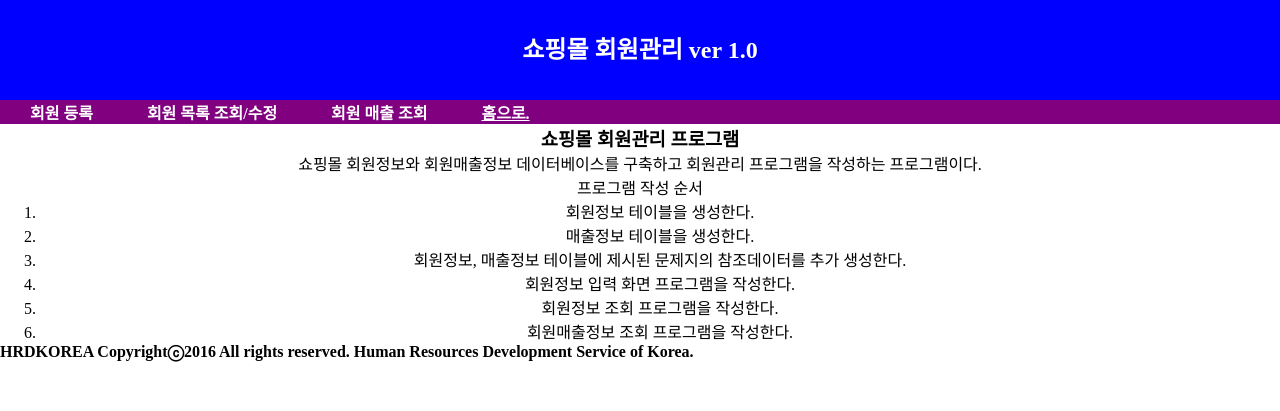
Repository: brightjy/Today-what-I-practiced
Page: http://localhost/HRD_900108/main/main.jsp
The author's editor kept a copy of each file at every save. The page is drawn from the files as they stood at one save, then again after the next save.
The browser window is 1280 px wide. The pictures show the whole page.
The page is served by Tomcat 9.

Above is the page before, as saved 2020-05-09 11:40:00.

After the next save:
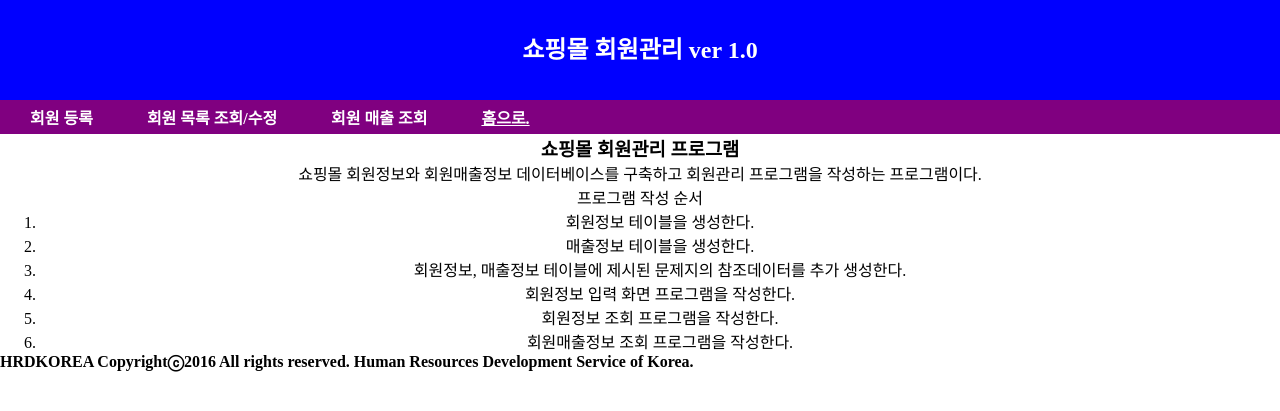
Saved 23 s later.
--- a/hrdkorea_0509/HRD_900108/WebContent/main/main.jsp
+++ b/hrdkorea_0509/HRD_900108/WebContent/main/main.jsp
@@ -22,7 +22,7 @@
 	}
 	nav{
 		background-color:purple;
-		padding-left:30px;
+		padding:5px 0 5px 30px;
 	}
 	nav a{
 		color: white;
